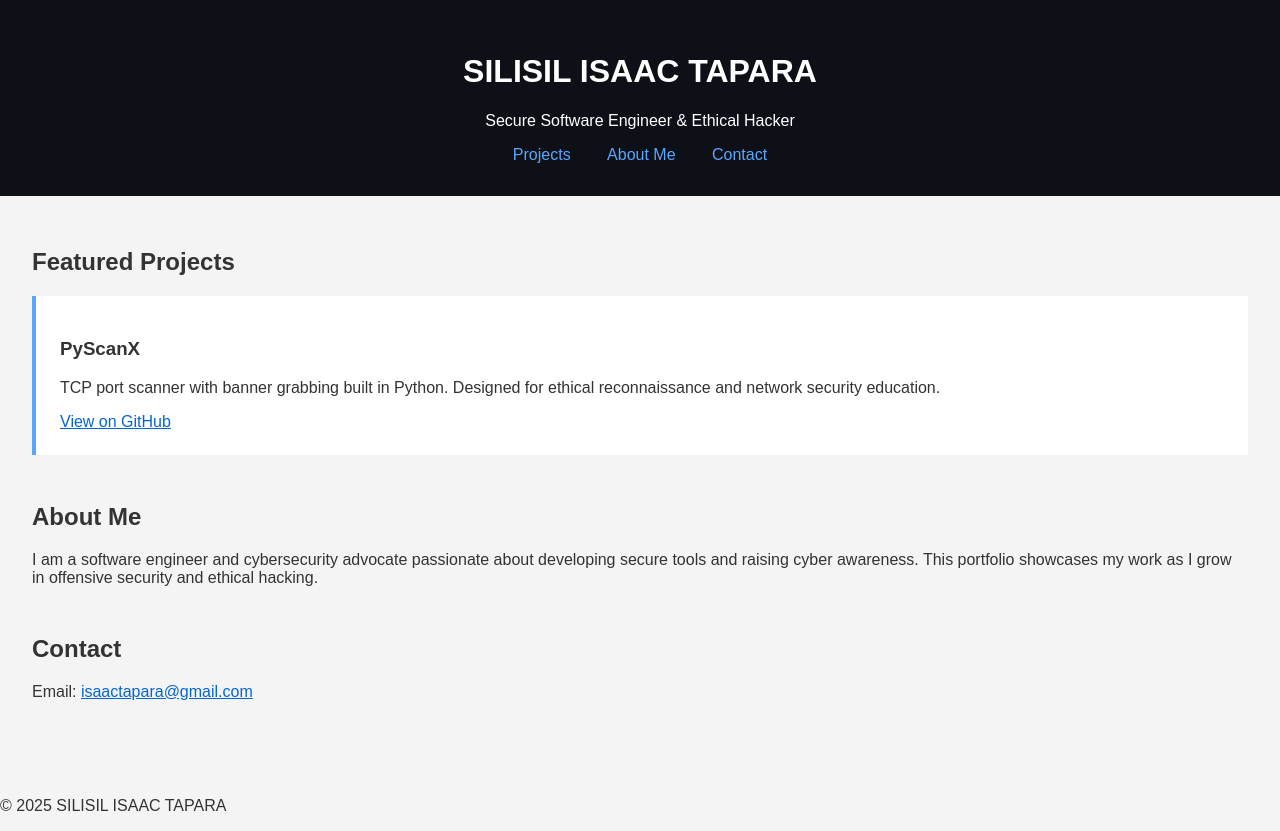
Repository: isaactapara/isaactapara.github.io
Page: index.html
These files come from the project's save history. The page is drawn as it stood at one moment and after the next save; the edit follows.
The browser window is 1280 px wide. The pictures show the whole page.

Above is the page before, as saved 2025-07-17 09:54:18.

After the next save:
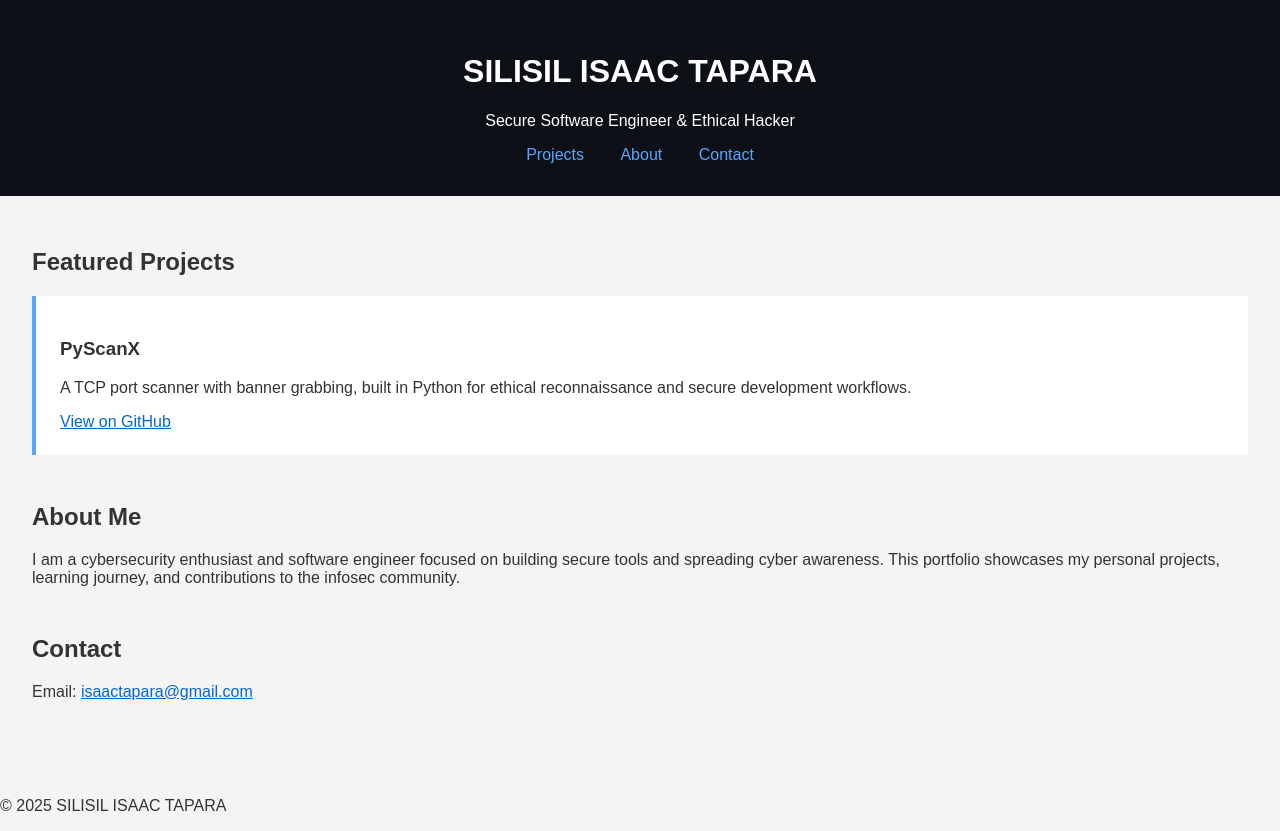
Saved 18 min 12 s later.
--- a/index.html
+++ b/index.html
@@ -5,26 +5,28 @@
   <meta name="viewport" content="width=device-width, initial-scale=1.0"/>
   <title>SILISIL ISAAC TAPARA | Cybersecurity Portfolio</title>
   <link rel="stylesheet" href="style.css" />
+  <link href="https://fonts.googleapis.com/css2?family=Inter:wght@400;600;700&display=swap" rel="stylesheet" />
 </head>
 <body>
   <header>
-    <h1>SILISIL ISAAC TAPARA</h1>
-    <p>Secure Software Engineer & Ethical Hacker</p>
-    <nav>
-      <a href="#projects">Projects</a>
-      <a href="#about">About Me</a>
-      <a href="#contact">Contact</a>
-    </nav>
+    <div class="container">
+      <h1>SILISIL ISAAC TAPARA</h1>
+      <p class="subtitle">Secure Software Engineer & Ethical Hacker</p>
+      <nav>
+        <a href="#projects">Projects</a>
+        <a href="#about">About</a>
+        <a href="#contact">Contact</a>
+      </nav>
+    </div>
   </header>
 
-  <main>
+  <main class="container">
     <section id="projects">
       <h2>Featured Projects</h2>
 
-      <!-- Project Card: PyScanX -->
       <div class="project-card">
         <h3>PyScanX</h3>
-        <p>TCP port scanner with banner grabbing built in Python. Designed for ethical reconnaissance and network security education.</p>
+        <p>A TCP port scanner with banner grabbing, built in Python for ethical reconnaissance and secure development workflows.</p>
         <a href="https://github.com/isaactapara/PyScanx" target="_blank">View on GitHub</a>
       </div>
 
@@ -32,7 +34,7 @@
 
     <section id="about">
       <h2>About Me</h2>
-      <p>I am a software engineer and cybersecurity advocate passionate about developing secure tools and raising cyber awareness. This portfolio showcases my work as I grow in offensive security and ethical hacking.</p>
+      <p>I am a cybersecurity enthusiast and software engineer focused on building secure tools and spreading cyber awareness. This portfolio showcases my personal projects, learning journey, and contributions to the infosec community.</p>
     </section>
 
     <section id="contact">
@@ -42,7 +44,9 @@
   </main>
 
   <footer>
-    <p>&copy; 2025 SILISIL ISAAC TAPARA</p>
+    <div class="container">
+      <p>&copy; 2025 SILISIL ISAAC TAPARA</p>
+    </div>
   </footer>
 </body>
 </html>
